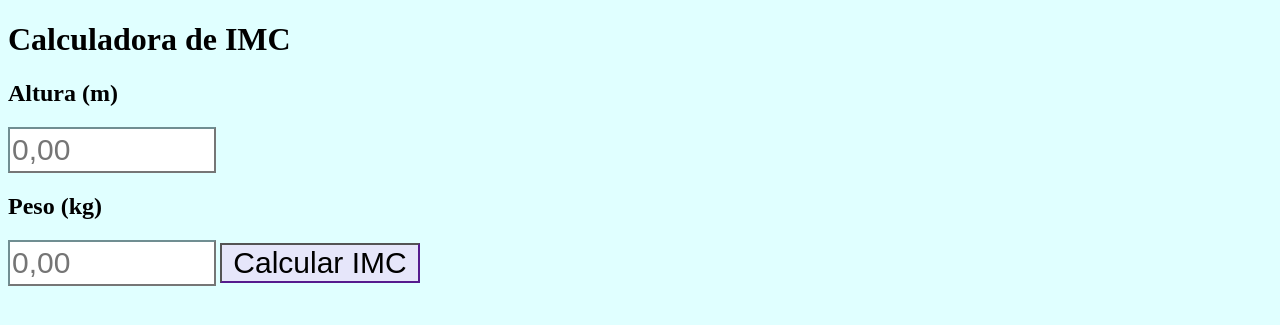
Repository: DeboraGuerra/programacaoWeb
Page: http://localhost/Desafio03/
An editor plug-in stored every save of this project. The page is shown before and after the next save, followed by the edit.
The browser window is 1280 px wide. The pictures show the whole page.
The page is served by Tomcat 9. Other server files are loaded and not shown.

Above is the page before, as saved 2020-03-23 23:53:41.

### projetos-java/Desafio03/WebContent/index.htm
<!DOCTYPE html>

<html>

	<head>
		<meta charset="UTF-8">
		<title>Calculadora de IMC</title>
		<link rel="stylesheet" href="style.css">
	</head>

	<body style="background-color:#e0ffff">
		<form method="get" action="imc" name="formIMC">

			<h1>Calculadora de IMC</h1>

			<h2>Altura (m)</h2>
			<input type="number" class="caixa" name="altura" required="required"
			 placeholder="0,00" step="0.01" min=0>


			<h2>Peso (kg)</h2>
			<input type="number" class="caixa" name="peso" required="required"
			 placeholder="0,00" step="0.01" min=0>


			<input type="submit" class="botao" value="Calcular IMC">

		</form>
	</body>

</html>

### projetos-java/Desafio03/WebContent/style.css
@charset "UTF-8";

.caixa {
    width: 200px;
    height: 40px;
    font-size: 30px;
    border-top-color: #b0e0e6;
    border-left-color: #b0e0e6;
}

.botao {
    background-color: #e6e6fa;
    width: 200px;
    height: 40px;
    font-size: 30px;
    border-right-color: #8a2be2;
    border-bottom-color: #8a2be2;
}

After the next save:
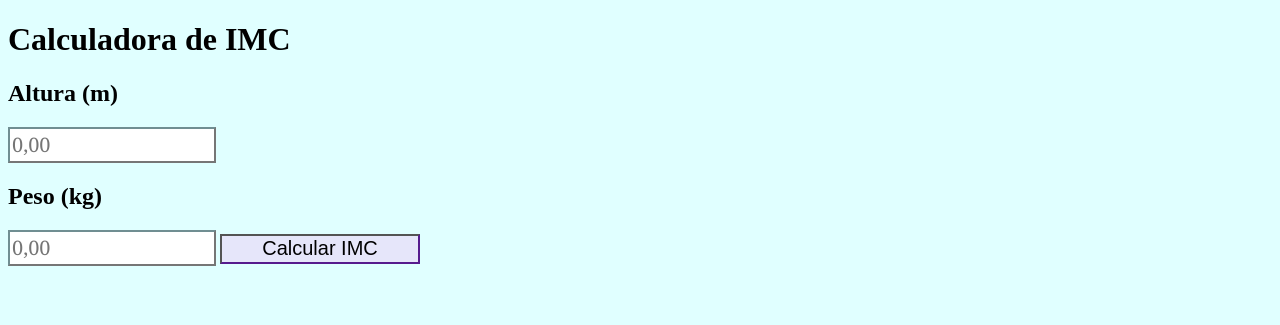
Saved 61 s later.
--- a/projetos-java/Desafio03/WebContent/style.css
+++ b/projetos-java/Desafio03/WebContent/style.css
@@ -2,8 +2,9 @@
 
 .caixa {
     width: 200px;
-    height: 40px;
-    font-size: 30px;
+    height: 30px;
+    font-size: 20px;
+    font-family: georgia;
     border-top-color: #b0e0e6;
     border-left-color: #b0e0e6;
 }
@@ -11,8 +12,8 @@
 .botao {
     background-color: #e6e6fa;
     width: 200px;
-    height: 40px;
-    font-size: 30px;
+    height: 30px;
+    font-size: 20px;
     border-right-color: #8a2be2;
     border-bottom-color: #8a2be2;
 }
